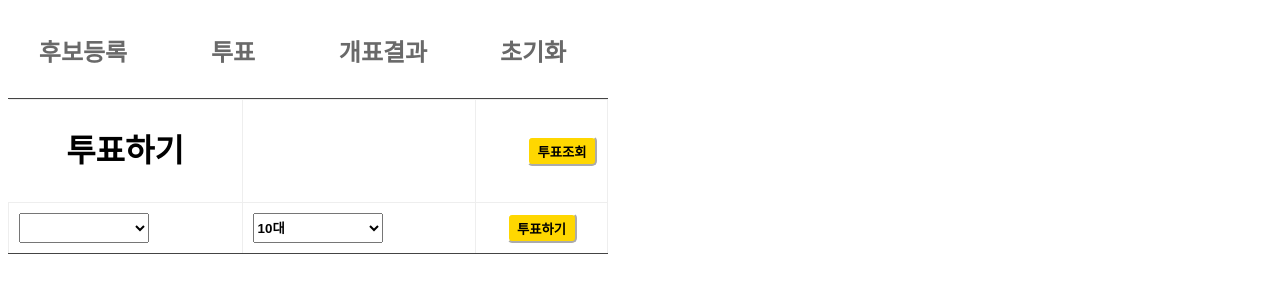
Repository: noheul1030/KOPO-HTML
Page: http://localhost/Tupyo/Tupyo/B_01_H.jsp
The author's editor kept a copy of each file at every save. The page is drawn from the files as they stood at one save, then again after the next save.
The browser window is 1280 px wide. The pictures show the whole page.
The page is served by Tomcat 9. Queries for data that is not in the repository find no rows.

Above is the page before, as saved 2023-06-04 07:41:04.

### Tupyo/src/main/webapp/Tupyo/B_01_H.jsp
<meta http-equiv="Content-Type" content="text/html; charset=utf-8" />
<%@ page contentType="text/html; charset=UTF-8" %>
<%@ page import="java.util.*" %> <!--java import-->
<%@ page import="java.io.*"%> <!--java import-->
<%@ page import="java.sql.*"%> <!--java import-->
<html>
	<head>
		<title>투표 B_01_H.jsp</title>
		<style>
    		table {
    			text-align: center;
   				border: 0;
   				solid black;
   				width: 600px;
   				border-collapse: collapse;
   				cellspacing="1"}
    		th, td {
		    border-bottom: 1px solid #444444;
		    padding: 10px;
			}
			th:first-child, td:first-child {
			  border-left: none;
			}
    		a {text-decoration-line: none;  color: #696969;}
			h2:hover {
			 box-shadow: 0 0 40px 40px #ffd700 inset;
			}
    		h1,h2,h4 {margin-top: 15px; text-align: center;}
    		.fourth {
			  background: gold;
			  border-color: white;
			  color: black;
			  background-image: linear-gradient(45deg, yellow 50%, transparent 50%);
			  background-position: 100%;
			  background-size: 400%;
			  transition: background 300ms ease-in-out;
			  border-radius: 5px;
			}

			.fourth:hover {
			  background-position: 0;
			}
			select{
				width: 130px; height: 30px; padding: 0px;font-weight: bold;
			}
			select:hover {
			 background: #f5f5f5 50% ;
			}
    	</style>
	</head>
	<body>
<%
		//DB연동
		Class.forName("com.mysql.jdbc.Driver");
		//Connection conn = DriverManager.getConnection("jdbc:mysql://192.168.23.60:3307/kopo11","root","shdmf1030@");
		Connection conn = DriverManager.getConnection("jdbc:mysql://localhost:3306/noheul","root","shdmf1030@");
		Statement stmt = conn.createStatement();


		ResultSet rset = stmt.executeQuery("select * from HuboDB;");

%>
		<table>
    		<tr>
    			<td width = 25%><a align = center id="update" href="A_01_H.jsp" target="content"><h2>후보등록</h2></a></td>
    			<td width = 25%><a align = center id="vote" href="B_01_H.jsp" target="content"><h2>투표</h2></a></td>
    			<td width = 25%><a align = center id="result" href="C_01_H.jsp" target="content"><h2>개표결과</h2></a></td>
    			<td width = 25%><a align = center id="result" href="D_01_H.jsp" target="content"><h2>초기화</h2></a></td>
    		</tr>
		</table>

		<form method="psot">
		<table border = 1>
			<tr><td style="border-bottom: none;"><h1 align = left >투표하기</h1></td>
				<td style="border-bottom: none;"></td>
				<td colspan="2" align = right width = 22% style="border-bottom: none;">
					<input class="fourth" type="submit" value="투표조회" style="width: 70px; height: 30px; padding: 0px;font-weight: bold;" formaction = 'B_02_H.jsp'></td></tr>
			<tr>
				</form>
			<form method="post" action="B_02_H.jsp">
				<td align="center"><p align="left"><select name="choice">
<%
			List<String> list = new ArrayList<String>();
			String hubo = "";
			while (rset.next()) {
			    hubo = Integer.toString(rset.getInt(2)) + "번" + rset.getString(1);
			    list.add(hubo);
%>
					<option value="<%=hubo%>"><%=hubo%></option>
<%
			} %>
				</select></p></td>
				<td align="center"><p align="left"><select name="age">
<%			for(int i = 10; i < 100; i+=10){ %>
					<option value="<%=i%>"> <%=i%>대 </option>
<%			} %>
				</select></p></td>
				<td>
					<input class="fourth" type="submit" value="투표하기" style="width: 70px; height: 30px; padding: 0px;font-weight: bold;">
				</td>
			</tr>
		</table>
		</form>
	</body>
</html>

After the next save:
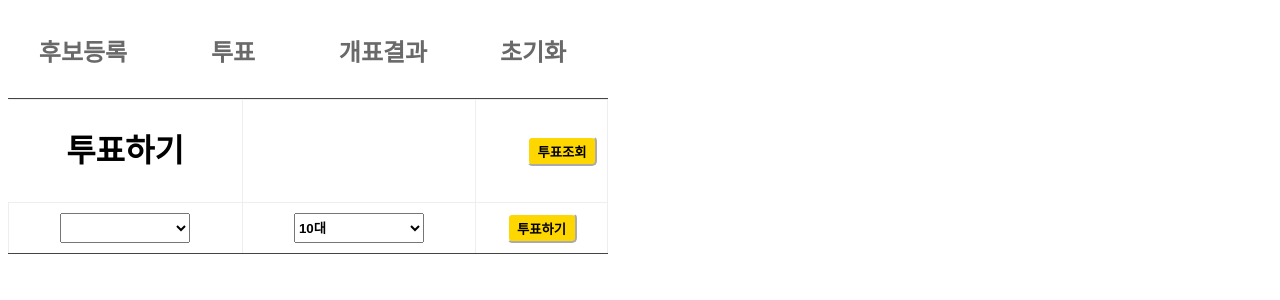
Saved 28 s later.
--- a/Tupyo/src/main/webapp/Tupyo/B_01_H.jsp
+++ b/Tupyo/src/main/webapp/Tupyo/B_01_H.jsp
@@ -78,7 +78,7 @@
 			<tr>
 				</form>
 			<form method="post" action="B_02_H.jsp">
-				<td align="center"><p align="left"><select name="choice">
+				<td><p align="center"><select name="choice">
 <%
 			List<String> list = new ArrayList<String>();
 			String hubo = "";
@@ -90,7 +90,7 @@
 <%
 			} %>
 				</select></p></td>
-				<td align="center"><p align="left"><select name="age">
+				<td><p align="center"><select name="age">
 <%			for(int i = 10; i < 100; i+=10){ %>
 					<option value="<%=i%>"> <%=i%>대 </option>
 <%			} %>
